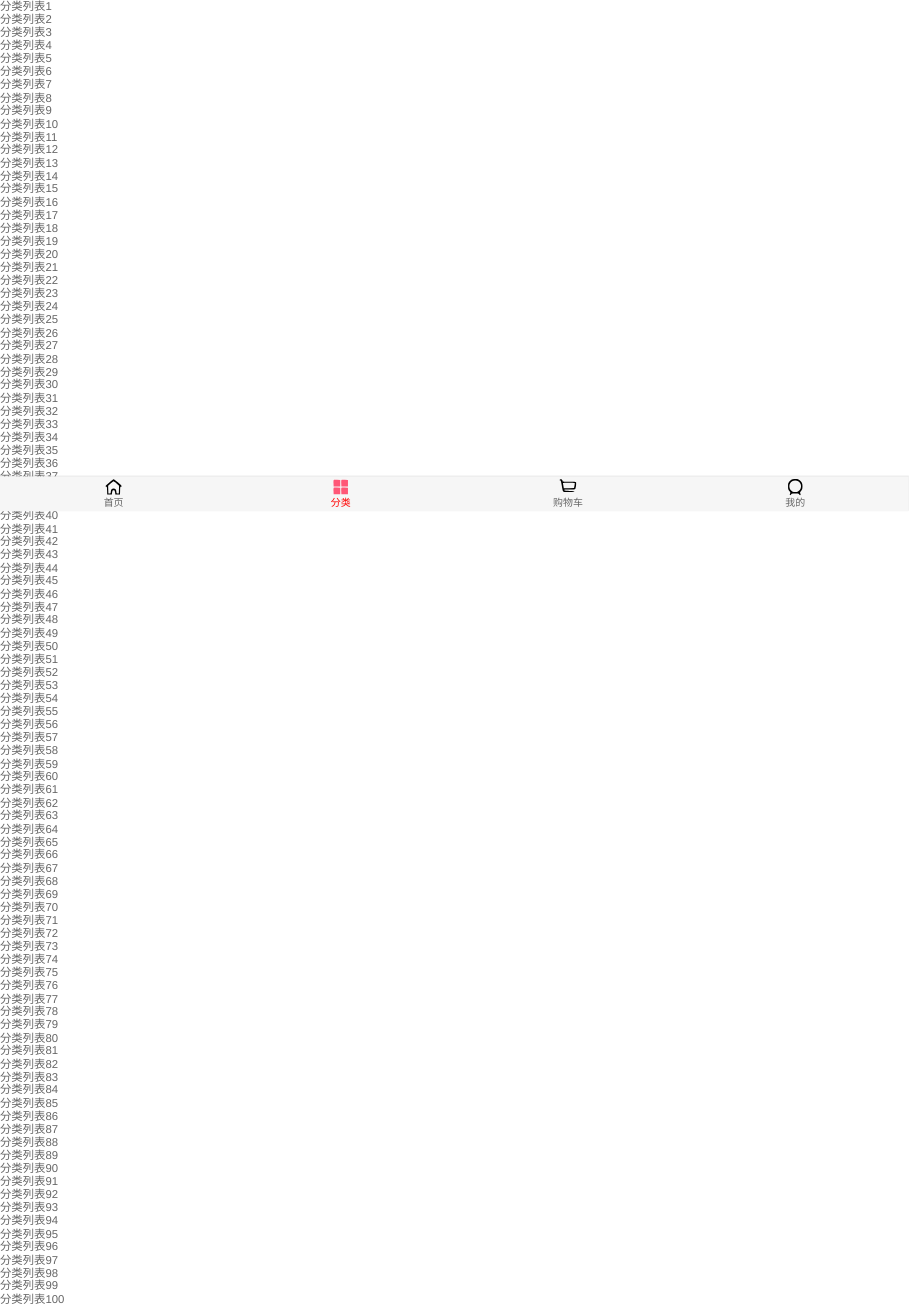
Repository: 2074623967/mymall
Page: /category
The author's editor kept a copy of each file at every save. The page is drawn from the files as they stood at one save, then again after a run of saves.
The browser window is 1280 px wide. The pictures show the whole page, at 71% of full size.
The project was rebuilt for these pictures with package versions that can differ from the ones it lists, and the page was loaded fresh each time. Also part of the build but not shown: vue.config.js.

Above is the page before, as saved 2021-08-22 09:58:21.

### src/App.vue
<template>
  <div id="app">
    <router-view/>
    <main-tab-bar/>
  </div>
</template>

<script>
  import MainTabBar from 'components/content/mainTabbar/MainTabBar'

  export default {
    name: 'app',
    components: {
      MainTabBar
    }
  }
</script>

<style>
  @import "assets/css/base.css";
</style>

### src/assets/css/base.css
@import "./normalize.css";

/*:root -> 获取根元素html*/
:root {
  --color-text: #666;
  --color-high-text: #ff5777;
  --color-tint: #ff8198;
  --color-background: #fff;
  --font-size: 14px;
  --line-height: 1.5;
}

*,
*::before,
*::after {
  margin: 0;
  padding: 0;
  box-sizing: border-box;
}

body {
  font-family: "Helvetica Neue",Helvetica,"PingFang SC","Hiragino Sans GB","Microsoft YaHei","微软雅黑",Arial,sans-serif;
  user-select: none; /* 禁止用户鼠标在页面上选中文字/图片等 */
  -webkit-tap-highlight-color: transparent; /* webkit是苹果浏览器引擎，tap点击，highlight背景高亮，color颜色，颜色用数值调节 */
  background: var(--color-background);
  color: var(--color-text);
  /* rem vw/vh */
  width: 100vw;
}

a {
  color: var(--color-text);
  text-decoration: none;
}


.clear-fix::after {
  clear: both;
  content: '';
  display: block;
  width: 0;
  height: 0;
  visibility: hidden;
}

.clear-fix {
  zoom: 1;
}

.left {
  float: left;
}

.right {
  float: right;
}

### src/components/content/mainTabbar/MainTabBar.vue
<template>
  <tab-bar>
    <tab-bar-item path="/home">
      <img slot="item-icon" src="~assets/img/tabbar/home.svg" alt="">
      <img slot="item-icon-active" src="~assets/img/tabbar/home_active.svg" alt="">
      <div slot="item-text">首页</div>
    </tab-bar-item>
    <tab-bar-item path="/category">
      <img slot="item-icon" src="~assets/img/tabbar/category.svg" alt="">
      <img slot="item-icon-active" src="~assets/img/tabbar/category_active.svg" alt="">
      <div slot="item-text">分类</div>
    </tab-bar-item>
    <tab-bar-item path="/cart">
      <img slot="item-icon" src="~assets/img/tabbar/shopcart.svg" alt="">
      <img slot="item-icon-active" src="~assets/img/tabbar/shopcart_active.svg" alt="">
      <div slot="item-text">购物车</div>
    </tab-bar-item>
    <tab-bar-item path="/profile">
      <img slot="item-icon" src="~assets/img/tabbar/profile.svg" alt="">
      <img slot="item-icon-active" src="~assets/img/tabbar/profile_active.svg" alt="">
      <div slot="item-text">我的</div>
    </tab-bar-item>
  </tab-bar>
</template>

<script>
  import TabBar from 'components/common/tabbar/TabBar'
  import TabBarItem from 'components/common/tabbar/TabBarItem'

  export default {
    name: "MainTabBar",
    components: {
      TabBar,
      TabBarItem
    }
  }
</script>

<style scoped>

</style>

### src/views/category/Category.vue
<template>
  <!-- <h2>分类</h2> -->
 <ul>
   <li>分类列表1</li>
   <li>分类列表2</li>
   <li>分类列表3</li>
   <li>分类列表4</li>
   <li>分类列表5</li>
   <li>分类列表6</li>
   <li>分类列表7</li>
   <li>分类列表8</li>
   <li>分类列表9</li>
   <li>分类列表10</li>
   <li>分类列表11</li>
   <li>分类列表12</li>
   <li>分类列表13</li>
   <li>分类列表14</li>
   <li>分类列表15</li>
   <li>分类列表16</li>
   <li>分类列表17</li>
   <li>分类列表18</li>
   <li>分类列表19</li>
   <li>分类列表20</li>
   <li>分类列表21</li>
   <li>分类列表22</li>
   <li>分类列表23</li>
   <li>分类列表24</li>
   <li>分类列表25</li>
   <li>分类列表26</li>
   <li>分类列表27</li>
   <li>分类列表28</li>
   <li>分类列表29</li>
   <li>分类列表30</li>
   <li>分类列表31</li>
   <li>分类列表32</li>
   <li>分类列表33</li>
   <li>分类列表34</li>
   <li>分类列表35</li>
   <li>分类列表36</li>
   <li>分类列表37</li>
   <li>分类列表38</li>
   <li>分类列表39</li>
   <li>分类列表40</li>
   <li>分类列表41</li>
   <li>分类列表42</li>
   <li>分类列表43</li>
   <li>分类列表44</li>
   <li>分类列表45</li>
   <li>分类列表46</li>
   <li>分类列表47</li>
   <li>分类列表48</li>
   <li>分类列表49</li>
   <li>分类列表50</li>
   <li>分类列表51</li>
   <li>分类列表52</li>
   <li>分类列表53</li>
   <li>分类列表54</li>
   <li>分类列表55</li>
   <li>分类列表56</li>
   <li>分类列表57</li>
   <li>分类列表58</li>
   <li>分类列表59</li>
   <li>分类列表60</li>
   <li>分类列表61</li>
   <li>分类列表62</li>
   <li>分类列表63</li>
   <li>分类列表64</li>
   <li>分类列表65</li>
   <li>分类列表66</li>
   <li>分类列表67</li>
   <li>分类列表68</li>
   <li>分类列表69</li>
   <li>分类列表70</li>
   <li>分类列表71</li>
   <li>分类列表72</li>
   <li>分类列表73</li>
   <li>分类列表74</li>
   <li>分类列表75</li>
   <li>分类列表76</li>
   <li>分类列表77</li>
   <li>分类列表78</li>
   <li>分类列表79</li>
   <li>分类列表80</li>
   <li>分类列表81</li>
   <li>分类列表82</li>
   <li>分类列表83</li>
   <li>分类列表84</li>
   <li>分类列表85</li>
   <li>分类列表86</li>
   <li>分类列表87</li>
   <li>分类列表88</li>
   <li>分类列表89</li>
   <li>分类列表90</li>
   <li>分类列表91</li>
   <li>分类列表92</li>
   <li>分类列表93</li>
   <li>分类列表94</li>
   <li>分类列表95</li>
   <li>分类列表96</li>
   <li>分类列表97</li>
   <li>分类列表98</li>
   <li>分类列表99</li>
   <li>分类列表100</li>
 </ul>
</template>

<script>
export default {
  name: 'Category'
};
</script>

<style scoped></style>

### src/components/common/tabbar/TabBarItem.vue
<template>
  <!--所有的item都展示同一个图片, 同一个文字-->
  <div class="tab-bar-item" @click="itemClick">
    <div v-if="!isActive"><slot name="item-icon"></slot></div>
    <div v-else><slot name="item-icon-active"></slot></div>
    <div :style="activeStyle"><slot name="item-text"></slot></div>
  </div>
</template>

<script>
  export default {
    name: "TabBarItem",
    props: {
      path: String,
      activeColor: {
        type: String,
        default: 'red'
      }
    },
    data() {
      return {
        // isActive: true
      }
    },
    computed: {
      isActive() {
        // /home -> item1(/home) = true
        // /home -> item1(/category) = false
        // /home -> item1(/cart) = true
        // /home -> item1(/profile) = true
        return this.$route.path.indexOf(this.path) !== -1
      },
      activeStyle() {
        return this.isActive ? {color: this.activeColor} : {}
      }
    },
    methods: {
      itemClick() {
        this.$router.replace(this.path)
      }
    }
  }
</script>

<style scoped>
  .tab-bar-item {
    flex: 1;
    text-align: center;
    height: 49px;
    font-size: 14px;
  }

  .tab-bar-item img {
    width: 24px;
    height: 24px;
    margin-top: 3px;
    vertical-align: middle;
    margin-bottom: 2px;
  }
</style>

Loaded but not shown: src/main.js (common file); src/router/index.js (common file); src/assets/css/normalize.css (library); src/components/common/tabbar/TabBar.vue (common file)

After the next 2 saves:
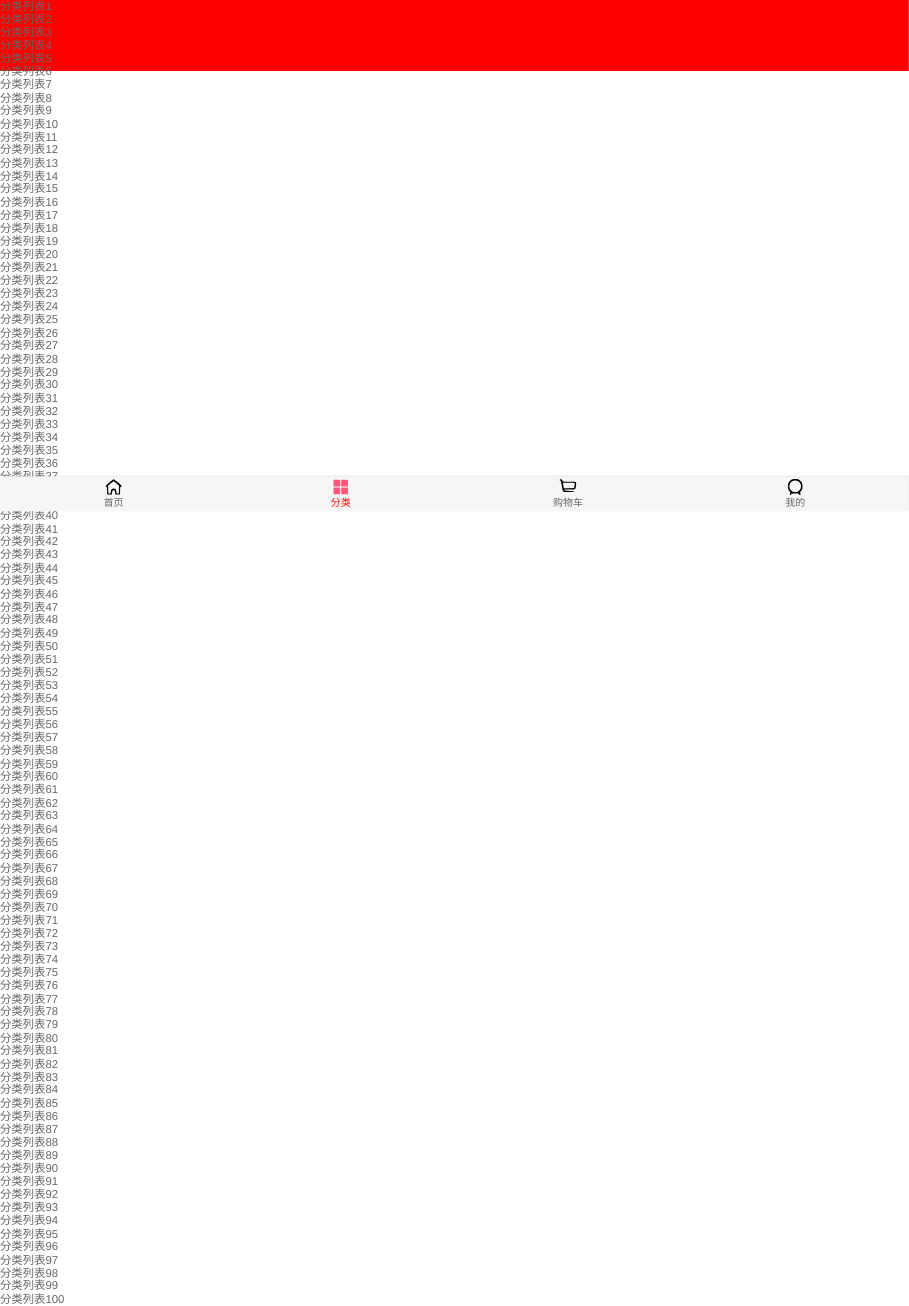
The 2 saves are shown as one change because 1 did not build or start.
The last was saved 3 min 31 s later.
--- a/src/views/category/Category.vue
+++ b/src/views/category/Category.vue
@@ -1,6 +1,6 @@
 <template>
   <!-- <h2>分类</h2> -->
- <ul>
+ <ul class="content">
    <li>分类列表1</li>
    <li>分类列表2</li>
    <li>分类列表3</li>
@@ -110,4 +110,9 @@ export default {
 };
 </script>
 
-<style scoped></style>
+<style scoped>
+.content{
+  height: 100px;
+  background-color: red;
+}
+</style>
